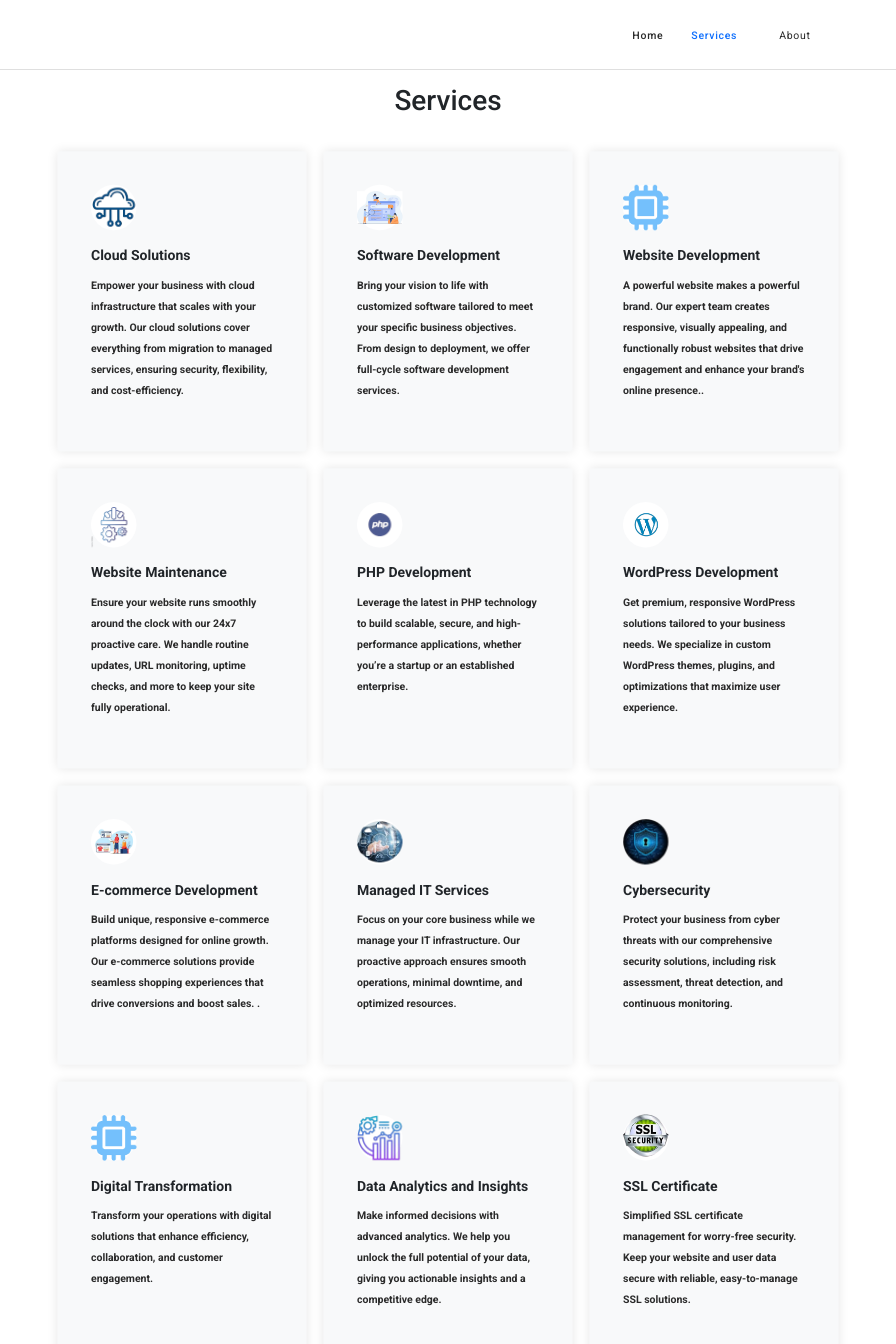
Repository: vijayholve/techzen
Page: service.html
The author's editor kept a copy of each file at every save. The page is drawn from the files as they stood at one save, then again after the next save.
The browser window is 1280 px wide. The pictures show the part of the page from y = 0 to 1920 px (the page is 3458 px tall before and 3617 px after), at 70% of full size.
Some web libraries are served in a nearby version.

Above is the page before, as saved 2024-11-12 13:08:21.

### service.html

<!DOCTYPE html>
<html lang="en">

  <head>

    <meta charset="UTF-8">
    <meta name="viewport" content="width=device-width, initial-scale=1, shrink-to-fit=no">
    <meta name="description" content="">
    <meta name="author" content="">
    <link rel="stylesheet" href="https://cdnjs.cloudflare.com/ajax/libs/font-awesome/5.8.1/css/all.min.css">
    <link rel="preload" href="https://use.fontawesome.com/releases/v5.8.1/webfonts/fa-solid-900.woff2" as="font" type="font/woff2" crossorigin="anonymous">

    <link rel="preconnect" href="https://fonts.googleapis.com">
    <link rel="preconnect" href="https://fonts.gstatic.com" crossorigin>
    <link href="https://fonts.googleapis.com/css2?family=Roboto:wght@100;300;400;500;700;900&display=swap" rel="stylesheet">

    <title>Chain App Dev - App Landing Page HTML5 Template</title>

    <!-- Bootstrap core CSS -->
    <link href="vendor/bootstrap/css/bootstrap.min.css" rel="stylesheet">

<!--

TemplateMo 570 Chain App Dev

https://templatemo.com/tm-570-chain-app-dev

-->

    <!-- Additional CSS Files -->
    <link rel="stylesheet" href="https://use.fontawesome.com/releases/v5.8.1/css/all.css" integrity="sha384-50oBUHEmvpQ+1lW4y57PTFmhCaXp0ML5d60M1M7uH2+nqUivzIebhndOJK28anvf" crossorigin="anonymous">
    <link rel="stylesheet" href="assets/css/templatemo-chain-app-dev.css">
    <link rel="stylesheet" href="assets/css/animated.css">
    <link rel="stylesheet" href="assets/css/owl.css">
<style>
    .img-service{
        width: 250px;
        height: auto;
        margin-bottom: 20px;
      }
    .service{
        margin-top: 1150px;
        top:30px;
    }
    .main-nav .nav {
  display: none;
}

.main-nav .nav.active {
  display: block;
}
.menu-trigger {
  display: inline-block;
  cursor: pointer;
}

.menu-trigger span {
  display: block;
  background: #333;
  width: 30px;
  height: 3px;
  margin: 5px 0;
}
.container-xxl .container-flued .row {
  justify-content: space-evenly;

}
</style>
  </head>

<body>

    <header class="header-area header-sticky wow slideInDown mb-5" data-wow-duration="0.75s" data-wow-delay="0s">
        <div class="container ">
          <div class="row ">
            <div class="col-12">
              <nav class="main-nav">
                <!-- ***** Logo Start ***** -->
                <a href="index.html" class="logo">
                  <!-- <h4>Spac<span>Dyna</span></h4> -->
                </a>
                <!-- ***** Logo End ***** -->
                <!-- ***** Menu Start ***** -->
                <ul class="nav">
                    <li class="scroll-to-section"><a href="index.html" class="active">Home</a></li>
                    <li class="scroll-to-section"><a href="service.html" class="text-primary">Services</a></li>
                    <li class="scroll-to-section"><a href="about.html">About</a></li>
                  <!-- <li class="scroll-to-section"><a href="#portfolio">Portfolio</a></li>
                  <li class="scroll-to-section"><a href="#blog">Blog</a></li>
                  <li class="scroll-to-section"><a href="#contact">Message Us</a></li>
                  <li class="scroll-to-section"><div class="main-red-button"><a href="#contact">Contact Now</a></div></li>  -->
                </ul>
                <a class='menu-trigger'>
                    <span>Menu</span>
                </a>
                <!-- ***** Menu End ***** -->
              </nav>
            </div>
          </div>
        </div>
      </header>

<br>
<br>
<br>
<br>
<br>
<div class="container">
  <div class="text-center mx-auto mb-5" style="max-width: 600px;">
      <h1>Services</h1>
  </div>
  <div class="row g-4">
      <div class="col-lg-4 col-md-6  wow fadeInUp" data-wow-delay="0.4s">
          <div class="service-item bg-light rounded h-100 p-5">
              <div class="d-inline-flex align-items-center justify-content-center bg-white rounded-circle mb-4" style="width: 65px; height: 65px;">
                  <img src="all images/th__8_-removebg-preview.png" alt="">
              </div>
              <h4 class="mb-3">Cloud Solutions</h4>
              <p class="mb-4">Empower your business with cloud infrastructure that scales with your growth. Our cloud
                solutions cover everything from migration to managed services, ensuring security, flexibility,
                and cost-efficiency.</p>
          </div>
      </div>
      <div class="col-lg-4 col-md-6 wow fadeInUp" data-wow-delay="0.4s">
          <div class="service-item bg-light rounded h-100 p-5">
              <div class="d-inline-flex align-items-center justify-content-center bg-white rounded-circle mb-4" style="width: 65px; height: 65px;">
                  <img src="assets/images/about.jpg" alt="">
              </div>
              <h4 class="mb-3">Software Development</h4>
              <p class="mb-4">Bring your vision to life with customized software tailored to meet your specific business
                objectives. From design to deployment, we offer full-cycle software development services.</p>
          </div>
      </div>
      <div class="col-lg-4 col-md-6 wow fadeInUp" data-wow-delay="0.4s">
          <div class="service-item bg-light rounded h-100 p-5">
              <div class="d-inline-flex align-items-center justify-content-center bg-white rounded-circle mb-4" style="width: 65px; height: 65px;">
                  <img src="assets/images/microchip-solid__1___2_-removebg-preview.png" alt="">
              </div>
              <h4 class="mb-3">Website Development</h4>
              <p class="mb-4">A powerful website makes a powerful brand. Our expert team creates responsive, visually
                appealing, and functionally robust websites that drive engagement and enhance your brand's
                online presence..</p>
          </div>
      </div>
      <div class="col-lg-4 col-md-6 wow fadeInUp" data-wow-delay="0.4s">
          <div class="service-item bg-light rounded h-100 p-5">
              <div class="d-inline-flex align-items-center justify-content-center bg-white rounded-circle mb-4" style="width: 65px; height: 65px;">
                  <img src="assets/images/th__10_-removebg-preview.png" alt="">

              </div>
              <h4 class="mb-3">Website Maintenance</h4>
              <p class="mb-4">Ensure your website runs smoothly around the clock with our 24x7 proactive care. We
                handle routine updates, URL monitoring, uptime checks, and more to keep your site fully
                operational.
                </p>
          </div>
      </div>
      <div class="col-lg-4 col-md-6 wow fadeInUp" data-wow-delay="0.4s">
          <div class="service-item bg-light rounded h-100 p-5">
              <div class="d-inline-flex align-items-center justify-content-center bg-white rounded-circle mb-4" style="width: 65px; height: 65px;">
                  <img src="assets/images/th__11_-removebg-preview.png" alt="">
              </div>
              <h4 class="mb-3">PHP Development</h4>
              <p class="mb-4">Leverage the latest in PHP technology to build scalable, secure, and high-performance
                applications, whether you’re a startup or an established enterprise.
                </p>
          </div>
      </div>
      <div class="col-lg-4 col-md-6 wow fadeInUp" data-wow-delay="0.4s">
          <div class="service-item bg-light rounded h-100 p-5">
              <div class="d-inline-flex align-items-center justify-content-center bg-white rounded-circle mb-4" style="width: 65px; height: 65px;">
                  <img src="assets/images/download-removebg-preview (1).png" alt="">
              </div>
              <h4 class="mb-3">WordPress Development</h4>
              <p class="mb-4">Get premium, responsive WordPress solutions tailored to your business needs. We
                specialize in custom WordPress themes, plugins, and optimizations that maximize user
                experience.
                </p>
          </div>
      </div>
      <div class="col-lg-4 col-md-6 wow fadeInUp" data-wow-delay="0.4s">
          <div class="service-item bg-light rounded h-100 p-5">
              <div class="d-inline-flex align-items-center justify-content-center bg-white rounded-circle mb-4" style="width: 65px; height: 65px;">
                  <img src="assets/images/th__12_-removebg-preview.png" alt="">
              </div>
              <h4 class="mb-3">E-commerce Development</h4>
              <p class="mb-4">Build unique, responsive e-commerce platforms designed for online growth. Our
                e-commerce solutions provide seamless shopping experiences that drive conversions and
                boost sales.
                .</p>
          </div>
      </div>
      <div class="col-lg-4 col-md-6 wow fadeInUp" data-wow-delay="0.4s">
          <div class="service-item bg-light rounded h-100 p-5">
              <div class="d-inline-flex align-items-center justify-content-center bg-white rounded-circle mb-4" style="width: 65px; height: 65px;">
                  <img src="assets/images/th__2_-removebg-preview (1).png" alt="">
              </div>
              <h4 class="mb-3">Managed IT Services</h4>
              <p class="mb-4">Focus on your core business while we manage your IT infrastructure. Our proactive
                approach ensures smooth operations, minimal downtime, and optimized resources.</p>
          </div>
      </div>
      <div class="col-lg-4 col-md-6 wow fadeInUp" data-wow-delay="0.4s">
          <div class="service-item bg-light rounded h-100 p-5">
              <div class="d-inline-flex align-items-center justify-content-center bg-white rounded-circle mb-4" style="width: 65px; height: 65px;">
                  <img src="assets/images/th__1_-removebg-preview (2).png" alt="">
              </div>
              <h4 class="mb-3">Cybersecurity</h4>
              <p class="mb-4">Protect your business from cyber threats with our comprehensive security solutions,
                including risk assessment, threat detection, and continuous monitoring.
                </p>
          </div>
      </div>
      <div class="col-lg-4 col-md-6 wow fadeInUp" data-wow-delay="0.4s">
          <div class="service-item bg-light rounded h-100 p-5">
              <div class="d-inline-flex align-items-center justify-content-center bg-white rounded-circle mb-4" style="width: 65px; height: 65px;">
                  <img src="assets/images/microchip-solid__1___2_-removebg-preview.png" alt="">
              </div>
              <h4 class="mb-3">Digital Transformation</h4>
              <p class="mb-4">Transform your operations with digital solutions that enhance efficiency, collaboration, and
                customer engagement.</p>
          </div>
      </div>
      <div class="col-lg-4 col-md-6 wow fadeInUp" data-wow-delay="0.4s">
          <div class="service-item bg-light rounded h-100 p-5">
              <div class="d-inline-flex align-items-center justify-content-center bg-white rounded-circle mb-4" style="width: 65px; height: 65px;">
                  <img src="assets/images/th__3_-removebg-preview.png" alt="">
              </div>
              <h4 class="mb-3">Data Analytics and Insights</h4>
              <p class="mb-4">Make informed decisions with advanced analytics. We help you unlock the full potential of
                your data, giving you actionable insights and a competitive edge.
                </p>
          </div>
      </div>
      <div class="col-lg-4 col-md-6 wow fadeInUp" data-wow-delay="0.4s">
          <div class="service-item bg-light rounded h-100 p-5">
              <div class="d-inline-flex align-items-center justify-content-center bg-white rounded-circle mb-4" style="width: 65px; height: 65px;">
                  <img src="assets/images/th__4_-removebg-preview.png" alt="">
              </div>
              <h4 class="mb-3">SSL Certificate</h4>
              <p class="mb-4">Simplified SSL certificate management for worry-free security. Keep your website and user
                data secure with reliable, easy-to-manage SSL solutions.</p>
          </div>
      </div>
      <div class="col-lg-4 col-md-6 wow fadeInUp" data-wow-delay="0.4s">
          <div class="service-item bg-light rounded h-100 p-5">
              <div class="d-inline-flex align-items-center justify-content-center bg-white rounded-circle mb-4" style="width: 65px; height: 65px;">
                  <img src="assets/images/microchip-solid__1___2_-removebg-preview.png" alt="">
              </div>
              <h4 class="mb-3">Domains</h4>
              <p class="mb-4">Streamlined domain management for hassle-free control. Manage your domains efficiently to
                keep your online presence organized and accessible</p>
          </div>
      </div>
      <!-- <div class="col-lg-4 col-md-6">
          <div class="service-item bg-light rounded h-100 p-5">
              <div class="d-inline-flex align-items-center justify-content-center bg-white rounded-circle mb-4" style="width: 65px; height: 65px;">
                  <img src="assets/images/th__8_-removebg-preview.png" alt="">
              </div>
              <h4 class="mb-3">Voice Process</h4>
              <p class="mb-4">Streamlined domain management for hassle-free control. Manage your domains efficiently to
keep your online presence organized and accessible</p>
          </div>
      </div> -->
      </div>
          </div>
</div>



<footer id="newsletter">
    <div class="container">
      <div class="row">
        <div class="col-lg-8 offset-lg-2">
          <div class="section-heading">
            <h4>Join our mailing list to receive the news &amp; latest trends</h4>
          </div>
        </div>
        <div class="col-lg-6 offset-lg-3">
          <form id="search" action="#newsletter" method="POST">
            <div class="row">
              <div class="col-lg-6 col-sm-6">
                <fieldset>
                  <input type="email" id="emailInput"  name="email" onclick="sendEmail()" class="email" placeholder="Email Address..." autocomplete="on" required>
                  <span id="emailFeedback" style="color: red;"></span>
                </fieldset>
              </div>
              <div class="col-lg-6 col-sm-6">
                <fieldset>
                  <button type="submit" class="main-button">Subscribe Now <i class="fa fa-angle-right"></i></button>
                </fieldset>
              </div>
            </div>
          </form>
        </div>
      </div>
      <div class="row">
        <div class="col-lg-3">
          <div class="footer-widget">
            <h4>Contact Us</h4>
            <p>Rio de Janeiro - RJ, 22795-008, Brazil</p>
            <p><a href="#">010-020-0340</a></p>
            <p><a href="#">info@company.co</a></p>
          </div>
        </div>
        <div class="col-lg-3">
          <div class="footer-widget">
            <h4>About Us</h4>
            <ul>
              <li><a href="#">Home</a></li>
              <li><a href="#">Services</a></li>
              <li><a href="#">About</a></li>
              <li><a href="#">Testimonials</a></li>
              <li><a href="#">Pricing</a></li>
            </ul>
            <ul>
              <li><a href="#">About</a></li>
              <li><a href="#">Testimonials</a></li>
              <li><a href="#">Pricing</a></li>
            </ul>
          </div>
        </div>
        <div class="col-lg-3">
          <div class="footer-widget">
            <h4>Useful Links</h4>
            <ul>
              <li><a href="#">Free Apps</a></li>
              <li><a href="#">App Engine</a></li>
              <li><a href="#">Programming</a></li>
              <li><a href="#">Development</a></li>
              <li><a href="#">App News</a></li>
            </ul>
            <ul>
              <li><a href="#">App Dev Team</a></li>
              <li><a href="#">Digital Web</a></li>
              <li><a href="#">Normal Apps</a></li>
            </ul>
          </div>
        </div>
        <div class="col-lg-3">
          <div class="footer-widget">
            <h4>About Our Company</h4>
            <div class="logo">
              <img src="assets/images/white-logo.png" alt="">
            </div>
            <p>Lorem ipsum dolor sit amet, consectetur adipiscing elit, sed do eiusmod tempor incididunt ut labore et dolore.</p>
          </div>
        </div>
        <div class="col-lg-12">
          <div class="copyright-text">
            <p>Copyright © 2022 Chain App Dev Company. All Rights Reserved.
          <br>Design: <a href="https://templatemo.com/" target="_blank" title="css templates">TemplateMo</a></p>
          </div>
        </div>
      </div>
    </div>
  </footer>

 <!-- Scripts -->
 <script src="vendor/jquery/jquery.min.js"></script>
 <script src="https://code.jquery.com/jquery-3.3.1.slim.min.js" integrity="sha384-q8i/X+965DzO0rT7abK41JStQIAqVgRVzpbzo5smXKp4YfRvH+8abtTE1Pi6jizo" crossorigin="anonymous"></script>
 <script src="https://cdn.jsdelivr.net/npm/popper.js@1.14.7/dist/umd/popper.min.js" integrity="sha384-UO2eT0CpHqdSJQ6hJty5KVphtPhzWj9WO1clHTMGa3JDZwrnQq4sF86dIHNDz0W1" crossorigin="anonymous"></script>
 <script src="https://cdn.jsdelivr.net/npm/bootstrap@4.3.1/dist/js/bootstrap.min.js" integrity="sha384-JjSmVgyd0p3pXB1rRibZUAYoIIy6OrQ6VrjIEaFf/nJGzIxFDsf4x0xIM+B07jRM" crossorigin="anonymous"></script> <script src="assets/js/owl-carousel.js"></script>
 <script src="assets/js/animation.js"></script>

<script>
    document.addEventListener('DOMContentLoaded', function() {
  const menuTrigger = document.querySelector('.menu-trigger');
  const nav = document.querySelector('.main-nav .nav');

  menuTrigger.addEventListener('click', function() {
    nav.classList.toggle('active');
  });
});
</script>
</body>
</html>

### assets/css/owl.css
/**
 * Owl Carousel v2.3.4
 * Copyright 2013-2018 David Deutsch
 * Licensed under: SEE LICENSE IN https://github.com/OwlCarousel2/OwlCarousel2/blob/master/LICENSE
 */
/*
 *  Owl Carousel - Core
 */
.owl-carousel {
  display: none;
  width: 100%;
  -webkit-tap-highlight-color: transparent;
  /* position relative and z-index fix webkit rendering fonts issue */
  position: relative;
  z-index: 1; }
  .owl-carousel .owl-stage {
    position: relative;
    -ms-touch-action: pan-Y;
    touch-action: manipulation;
    -moz-backface-visibility: hidden;
    /* fix firefox animation glitch */ }
  .owl-carousel .owl-stage:after {
    content: ".";
    display: block;
    clear: both;
    visibility: hidden;
    line-height: 0;
    height: 0; }
  .owl-carousel .owl-stage-outer {
    position: relative;
    overflow: hidden;
    /* fix for flashing background */
    -webkit-transform: translate3d(0px, 0px, 0px); }
  .owl-carousel .owl-wrapper,
  .owl-carousel .owl-item {
    -webkit-backface-visibility: hidden;
    -moz-backface-visibility: hidden;
    -ms-backface-visibility: hidden;
    -webkit-transform: translate3d(0, 0, 0);
    -moz-transform: translate3d(0, 0, 0);
    -ms-transform: translate3d(0, 0, 0); }
  .owl-carousel .owl-item {
    position: relative;
    min-height: 1px;
    float: left;
    -webkit-backface-visibility: hidden;
    -webkit-tap-highlight-color: transparent;
    -webkit-touch-callout: none; }
  .owl-carousel .owl-item img {
    display: block;
    width: 100%; }
  .owl-carousel .owl-nav.disabled,
  .owl-carousel .owl-dots.disabled {
    display: none; }
  .owl-carousel .owl-nav .owl-prev,
  .owl-carousel .owl-nav .owl-next,
  .owl-carousel .owl-dot {
    cursor: pointer;
    -webkit-user-select: none;
    -khtml-user-select: none;
    -moz-user-select: none;
    -ms-user-select: none;
    user-select: none; }
  .owl-carousel .owl-nav button.owl-prev,
  .owl-carousel .owl-nav button.owl-next,
  .owl-carousel button.owl-dot {
    background: none;
    color: inherit;
    border: none;
    padding: 0 !important;
    font: inherit; }
  .owl-carousel.owl-loaded {
    display: block; }
  .owl-carousel.owl-loading {
    opacity: 0;
    display: block; }
  .owl-carousel.owl-hidden {
    opacity: 0; }
  .owl-carousel.owl-refresh .owl-item {
    visibility: hidden; }
  .owl-carousel.owl-drag .owl-item {
    -ms-touch-action: pan-y;
        touch-action: pan-y;
    -webkit-user-select: none;
    -moz-user-select: none;
    -ms-user-select: none;
    user-select: none; }
  .owl-carousel.owl-grab {
    cursor: move;
    cursor: grab; }
  .owl-carousel.owl-rtl {
    direction: rtl; }
  .owl-carousel.owl-rtl .owl-item {
    float: right; }

/* No Js */
.no-js .owl-carousel {
  display: block; }

/*
 *  Owl Carousel - Animate Plugin
 */
.owl-carousel .animated {
  animation-duration: 1000ms;
  animation-fill-mode: both; }

.owl-carousel .owl-animated-in {
  z-index: 0; }

.owl-carousel .owl-animated-out {
  z-index: 1; }

.owl-carousel .fadeOut {
  animation-name: fadeOut; }

@keyframes fadeOut {
  0% {
    opacity: 1; }
  100% {
    opacity: 0; } }

/*
 * 	Owl Carousel - Auto Height Plugin
 */
.owl-height {
  transition: height 500ms ease-in-out; }

/*
 * 	Owl Carousel - Lazy Load Plugin
 */
.owl-carousel .owl-item {
  /**
			This is introduced due to a bug in IE11 where lazy loading combined with autoheight plugin causes a wrong
			calculation of the height of the owl-item that breaks page layouts
		 */ }
  .owl-carousel .owl-item .owl-lazy {
    opacity: 0;
    transition: opacity 400ms ease; }
  .owl-carousel .owl-item .owl-lazy[src^=""], .owl-carousel .owl-item .owl-lazy:not([src]) {
    max-height: 0; }
  .owl-carousel .owl-item img.owl-lazy {
    transform-style: preserve-3d; }

/*
 * 	Owl Carousel - Video Plugin
 */
.owl-carousel .owl-video-wrapper {
  position: relative;
  height: 100%;
  background: #000; }

.owl-carousel .owl-video-play-icon {
  position: absolute;
  height: 80px;
  width: 80px;
  left: 50%;
  top: 50%;
  margin-left: -40px;
  margin-top: -40px;
  background: url("owl.video.play.png") no-repeat;
  cursor: pointer;
  z-index: 1;
  -webkit-backface-visibility: hidden;
  transition: transform 100ms ease; }

.owl-carousel .owl-video-play-icon:hover {
  -ms-transform: scale(1.3, 1.3);
      transform: scale(1.3, 1.3); }

.owl-carousel .owl-video-playing .owl-video-tn,
.owl-carousel .owl-video-playing .owl-video-play-icon {
  display: none; }

.owl-carousel .owl-video-tn {
  opacity: 0;
  height: 100%;
  background-position: center center;
  background-repeat: no-repeat;
  background-size: contain;
  transition: opacity 400ms ease; }

.owl-carousel .owl-video-frame {
  position: relative;
  z-index: 1;
  height: 100%;
  width: 100%; }

Loaded but not shown: vendor/bootstrap/css/bootstrap.min.css (library); assets/css/animated.css (common file); vendor/jquery/jquery.min.js (library); assets/js/owl-carousel.js (3448 lines, source omitted); assets/js/animation.js (193 lines, source omitted); assets/css/templatemo-chain-app-dev.css (2271 lines, source omitted)

After the next save:
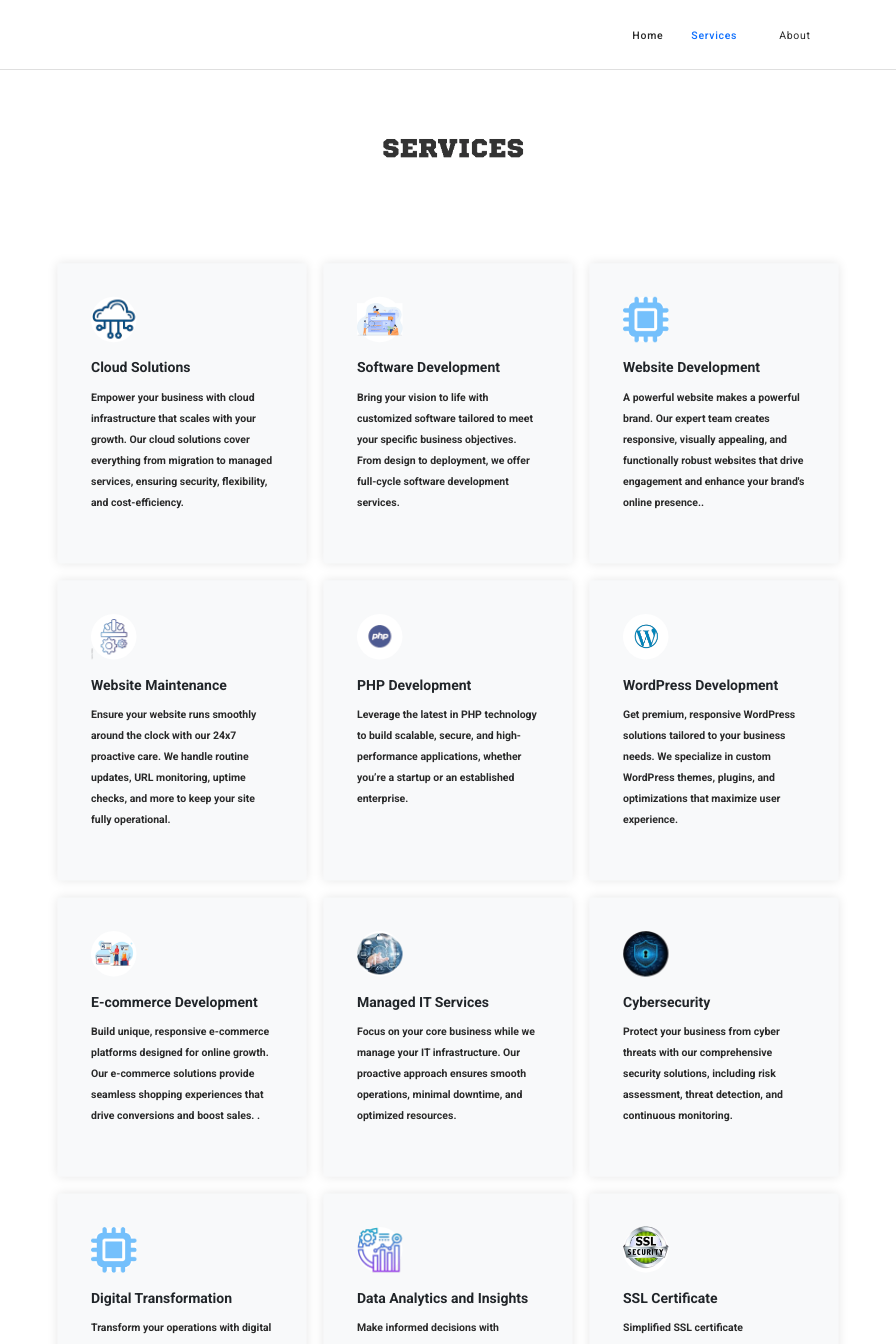
Saved 19 s later.
--- a/service.html
+++ b/service.html
@@ -108,7 +108,7 @@ https://templatemo.com/tm-570-chain-app-dev
 <br>
 <div class="container">
   <div class="text-center mx-auto mb-5" style="max-width: 600px;">
-      <h1>Services</h1>
+    <center><img src="assets/fonts/service.png"  class="img-service"></center>
   </div>
   <div class="row g-4">
       <div class="col-lg-4 col-md-6  wow fadeInUp" data-wow-delay="0.4s">
